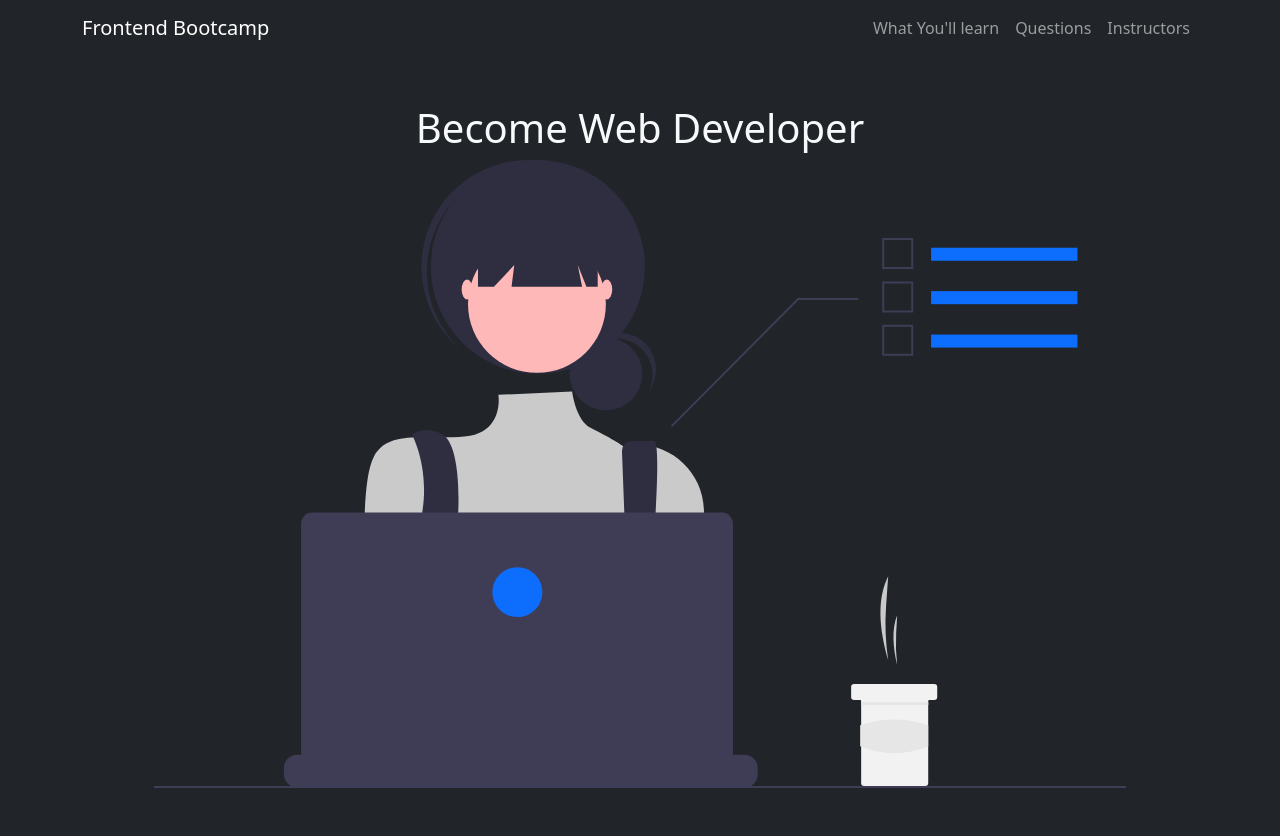
Repository: Marhamat92/Bootstrap5-Responsive-Website-
Page: index.html
An editor plug-in stored every save of this project. The page is shown before and after the next save, followed by the edit.
The browser window is 1280 px wide. The pictures show the whole page.

Above is the page before, as saved 2021-09-18 15:57:12.

### index.html
<!DOCTYPE html>
<html lang="en">

<head>
    <meta charset="UTF-8">
    <meta http-equiv="X-UA-Compatible" content="IE=edge">
    <meta name="viewport" content="width=device-width, initial-scale=1.0">
    <link href="https://cdn.jsdelivr.net/npm/bootstrap@5.0.2/dist/css/bootstrap.min.css" rel="stylesheet"
        integrity="sha384-EVSTQN3/azprG1Anm3QDgpJLIm9Nao0Yz1ztcQTwFspd3yD65VohhpuuCOmLASjC" crossorigin="anonymous">
    <link rel="stylesheet" href="style.css">
    <title>Frontend Bootcamp</title>

</head>

<body>
    <!--Navbar-->
    <nav class="navbar navbar-expand-lg bg-dark navbar-dark">
        <div class="container">
            <a href="#" class="navbar-brand">Frontend Bootcamp</a>
            <button class="navbar-toggler" type="button" data-bs-toggle="collapse" data-bs-target="#navmenu">
                <span class="navbar-toggler-icon"></span>
            </button>
            <div class="collapse navbar-collapse" id="navmenu">
                <ul class="navbar-nav ms-auto">
                    <li class="nav-item">
                        <a href="#learn" class="nav-link">What You'll learn</a>
                    </li>
                    <li class="nav-item">
                        <a href="#questions" class="nav-link">Questions</a>
                    </li>
                    <li class="nav-item">
                        <a href="#instructors" class="nav-link">Instructors</a>
                    </li>
                </ul>
            </div>
        </div>
    </nav>

<!--Showcase-->

<section class="bg-dark text-light p-5 text-center">
    <div class="container">
      <div>
          <div>
              <h1>Become Web Developer</h1>
          </div>
          <img src="img/showcase.svg" alt="showcase">
      </div>
    </div>
</section>
























    <script src="https://cdn.jsdelivr.net/npm/bootstrap@5.0.2/dist/js/bootstrap.bundle.min.js"
        integrity="sha384-MrcW6ZMFYlzcLA8Nl+NtUVF0sA7MsXsP1UyJoMp4YLEuNSfAP+JcXn/tWtIaxVXM" crossorigin="anonymous">
    </script>
</body>

</html>

Loaded but not shown: style.css (no copy from this time; the picture is the same without it)

After the next save:
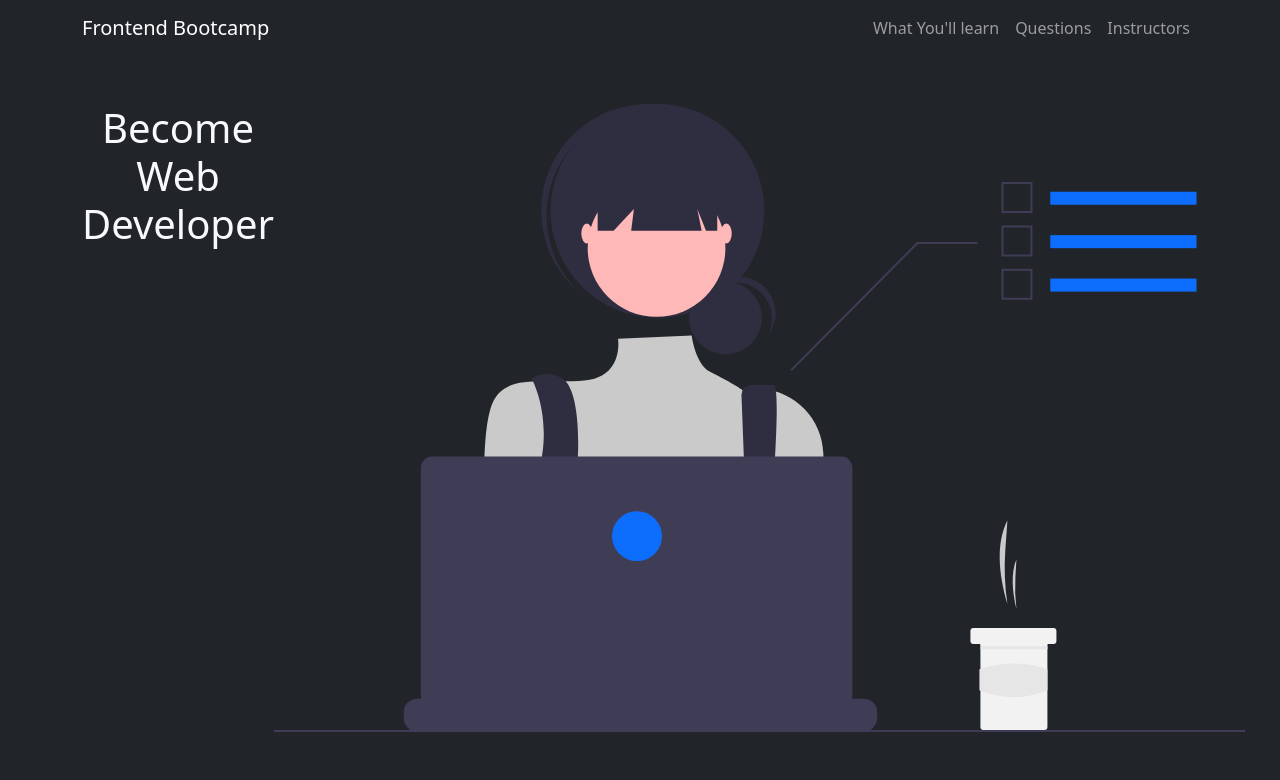
Saved 24 s later.
--- a/index.html
+++ b/index.html
@@ -40,7 +40,7 @@
 
 <section class="bg-dark text-light p-5 text-center">
     <div class="container">
-      <div>
+      <div class="d-flex">
           <div>
               <h1>Become Web Developer</h1>
           </div>
